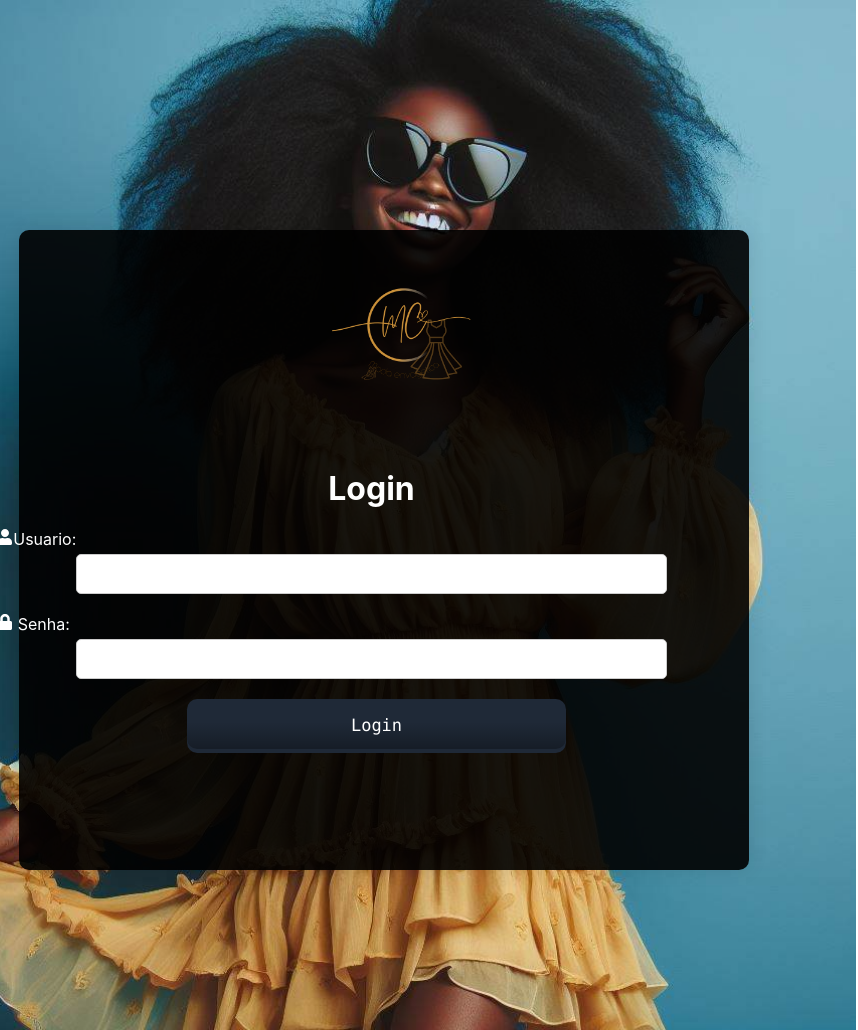
Repository: Mixchelle/ecommerce-moda-evangelica
Page: /login-admin
An editor plug-in stored every save of this project. The page is shown before and after the next save, followed by the edit.
The browser window is 768 px wide. The page is 856 px wide, then 858 px, so the pictures cover 858 px, including what lies to the right of the window. The pictures show the whole page.
The project was rebuilt for these pictures with package versions that can differ from the ones it lists, and the page was loaded fresh each time. Also part of the build but not shown: src/components/Header.js, src/components/CategoriesFilter.js, src/pages/Home.js, src/pages/Login.js, src/pages/Admin.js, src/pages/Cart.js.

Above is the page before, as saved 2024-04-29 22:32:09.

After the next save:
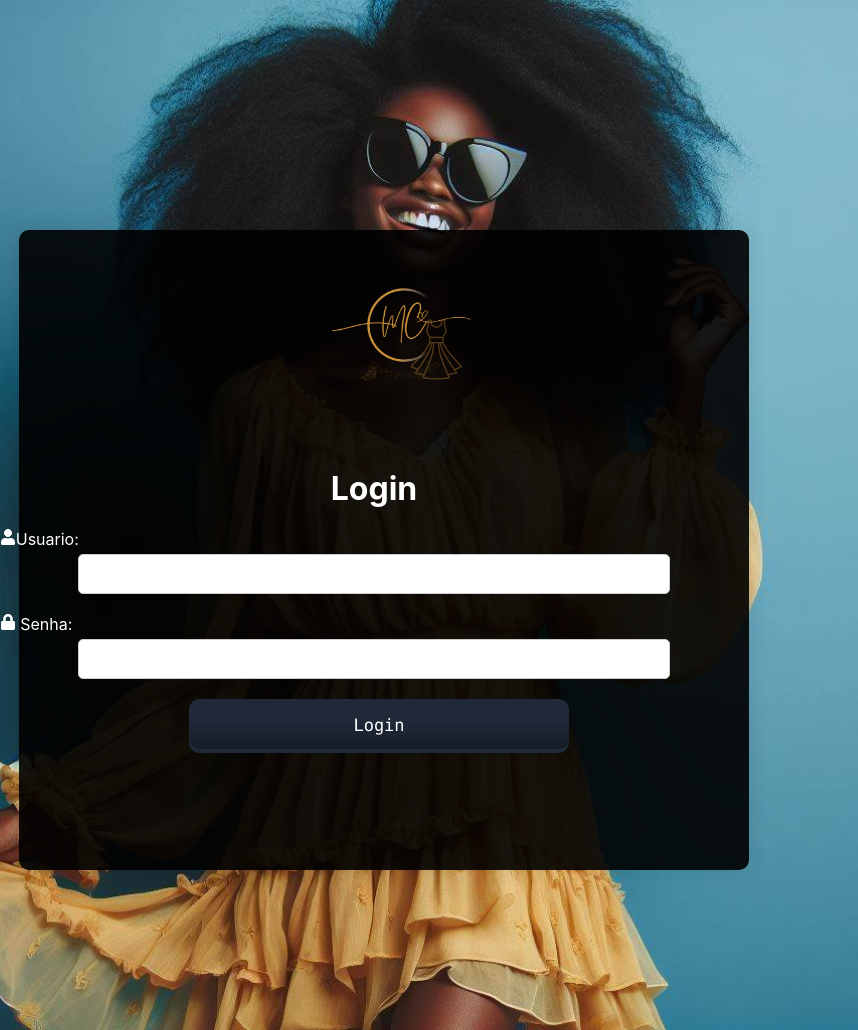
Saved 11 s later.
--- a/src/style/Login.css
+++ b/src/style/Login.css
@@ -167,7 +167,7 @@
 width: 130%;
 padding: 10px;
 justify-content: center;
-margin-left: 15px;
+margin-left: 20px;
 
   }
 }
